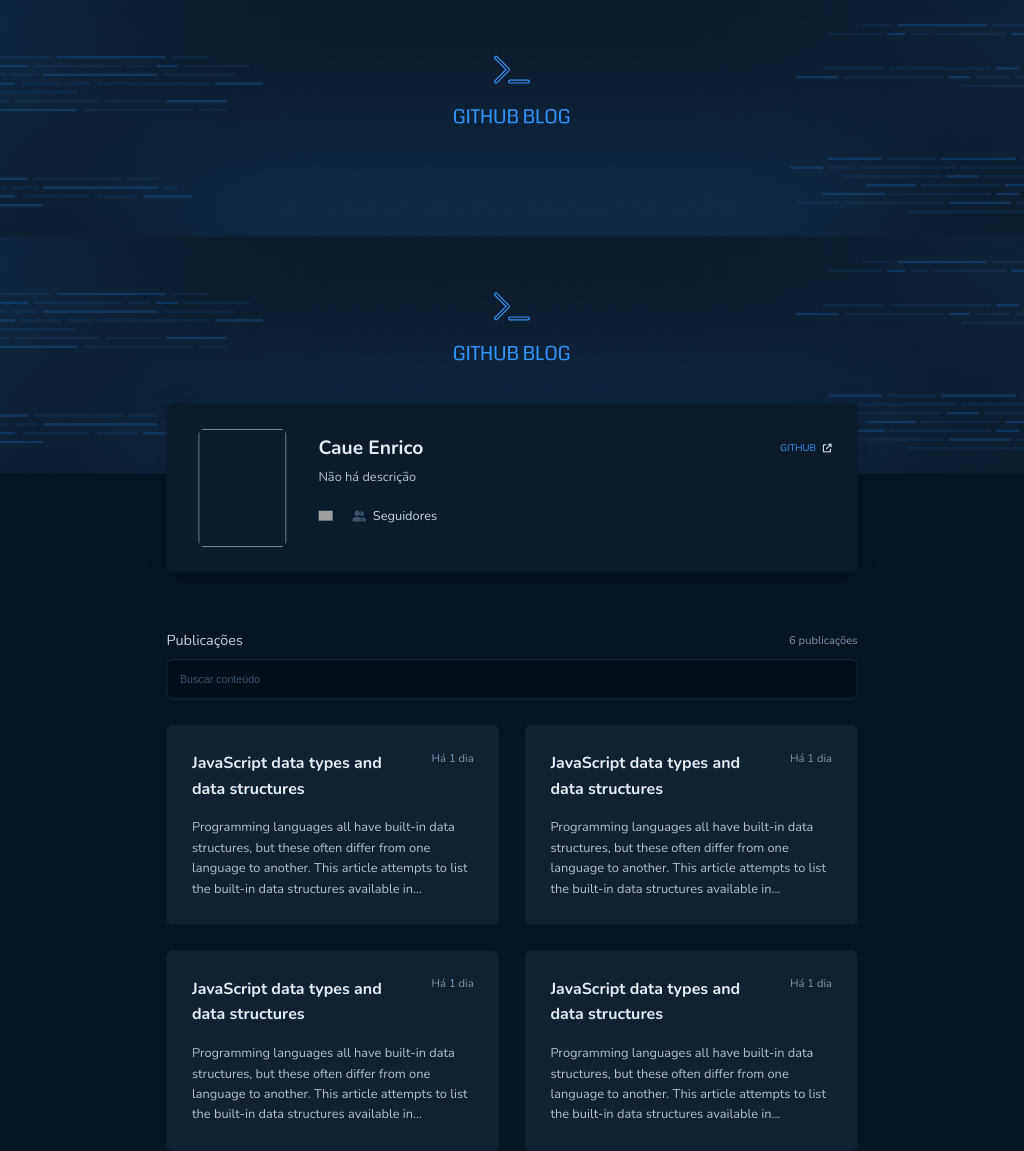
Repository: caueenrico/GitBlog
Page: /
An editor plug-in stored every save of this project. The page is shown before and after the next save, followed by the edit.
The browser window is 1280 px wide. The pictures show the whole page, at 80% of full size.
Pictures or frames that could not be fetched are drawn as grey boxes. The page's requests for data from a server got no answer. The project was rebuilt for these pictures with package versions that can differ from the ones it lists, and the page was loaded fresh each time. No one was signed in, and anything a server would have sent is missing. Also part of the build but not shown: vite.config.ts.

Above is the page before, as saved 2022-10-26 10:15:33.

### index.html
<!DOCTYPE html>
<html lang="en">
  <head>
    <link rel="preconnect" href="https://fonts.googleapis.com">
    <link rel="preconnect" href="https://fonts.gstatic.com" crossorigin>

    <link href="https://fonts.googleapis.com/css2?family=Nunito:wght@400;700&display=swap" rel="stylesheet">
    <meta charset="UTF-8" />
    <link rel="icon" type="image/svg+xml" href="/src/pages/assets/logo.svg" />
    <meta name="viewport" content="width=device-width, initial-scale=1.0" />

    <title>GitBlog Cauê</title>
  </head>
  <body>
    <div id="root"></div>
    <script type="module" src="/src/main.tsx"></script>
  </body>
</html>

### src/main.tsx
import React from 'react'
import ReactDOM from 'react-dom/client'
import { App } from './App'



ReactDOM.createRoot(document.getElementById('root') as HTMLElement).render(
  <React.StrictMode>
    <App />
  </React.StrictMode>
)

### src/App.tsx
import { ThemeProvider } from "styled-components"
import { Home } from "./pages/Home"
import { GlobalStyles } from "./styles/global"
import { defaultTheme } from "./styles/themes/default"

import { BrowserRouter } from "react-router-dom";
import { Router } from "./Router";

export function App() {
  return (
   <ThemeProvider theme={defaultTheme}>
      <BrowserRouter>
        <Router />
      </BrowserRouter>
      <GlobalStyles />
    </ThemeProvider>
  )
}

### src/styles/global.ts
import {createGlobalStyle} from 'styled-components';


export const GlobalStyles = createGlobalStyle`
  *{
    margin: 0;
    padding: 0;
    box-sizing: border-box;


  }

  body{
    background: ${props => props.theme['background']};
    font-family: 'Nunito', sans-serif;
  }


`

### src/styles/themes/default.ts
export const defaultTheme = {
  'blue':'#3294F8',
  'title':'#E7EDF4',
  'subtitle':'#C4D4E3',
  'text':'#AFC2D4',
  'span':'#7B96B2',
  'label':'#3A536B',
  'border':'#1C2F41',
  'post':'#112131',
  'profile':'#0B1B2B',
  'background':'#071422',
  'input':'#040F1A',
} as const

### src/Router.tsx
import { Routes, Route } from 'react-router-dom'
import { DefaultLayout } from './layouts/DefaultLayout'
import { Home } from './pages/Home'

export function Router() {
  return (
    <Routes>
      <Route path="/" element={<DefaultLayout />}>
        <Route path="/" element={<Home />} />

      </Route>
    </Routes>
  )
}

### src/layouts/DefaultLayout/index.tsx
import { Header} from "../../pages/Home/styles";
import logo from '../../pages/assets/logo.svg';
import { Outlet } from "react-router-dom";

export function DefaultLayout(){
  return (
    <>
      <Header>
        <img src={logo} />
      </Header>
      <Outlet/>
    </>
  )
}

### src/pages/Home/index.tsx
import { Header, HomeContainer, InformationProfile, LinkGit, PostsHomeContainer, ProfileContainer } from "./styles";
import logo from '../../pages/assets/logo.svg';
import link from '../../pages/assets/link.svg';
import github from '../../pages/assets/github.svg';
import company from '../../pages/assets/company.svg';
import followers from '../../pages/assets/followers.svg';
import { ContentSearch } from "./components/ContentSearch";
import { PostsContainer } from "./components/Posts/styles";
import { Posts } from "./components/Posts";
import { api } from "../../lib/axios";
import { useCallback, useEffect, useState } from "react";

interface ProfileData {
  login: string;
  name: string;
  bio?: string;
  avatar_url: string;
  company?: string;
  followers: number;
}


export function Home() {
  const [profileData, setProfileData] = useState<ProfileData> ({} as ProfileData);
  const [isLoaded, setIsLoaded] = useState(true);

  const getProfileData = useCallback(async () => {
    try{
      setIsLoaded(true);
      const response = await api.get('/users/caueenrico');
      setProfileData(response.data);

    }finally{
      setIsLoaded(false);
    }
  }, [profileData]);

  useEffect(() => {
    getProfileData();
  }, []);



  return (
    <>
      <Header>
        <img src={logo} />
      </Header>

      <HomeContainer>


      <ProfileContainer>
          <img className="imageProfile" src={ profileData.avatar_url } />

          <InformationProfile>
            <header>
              <h1>Caue Enrico</h1>
              <LinkGit href="#">github <img src={link} /> </LinkGit>
            </header>

            <p>
              {profileData.bio === 'null' ? profileData.bio : 'Não há descrição'}
            </p>

            <ul>
              <li><img src={github}/>{profileData.login}</li>
              {profileData.company ==='null' ?  <li><img src={company}/>{profileData.company}</li> : ''}
              <li><img src={followers}/>{profileData.followers} Seguidores </li>
            </ul>
          </InformationProfile>
      </ProfileContainer>


      <ContentSearch/>

      <PostsHomeContainer>
      <Posts/>
      <Posts/>
      <Posts/>
      <Posts/>
      </PostsHomeContainer>

      </HomeContainer>



    </>
  );
}

### src/pages/Home/styles.ts
import styled from "styled-components";
import Backforund from "../assets/Cover.png";

export const Header = styled.header`
  width: 100%;

  height: 296px;
  background-image: url(${Backforund});
  background-size: cover;
  background-position: center;
  background-repeat: no-repeat;
  display: flex;
  align-items: center;
  justify-content: center;

  img {
    margin-top: -64px;
  }
`;

export const HomeContainer = styled.div`
  max-width: 54rem;
  margin: 0 auto;
`

export const ProfileContainer = styled.div`
  min-height: 13.25rem;

  margin-top: -88px;
  border-radius: 8px;

  background: ${(props) => props.theme["profile"]};
  display: flex;

  box-shadow: 0px 2px 28px rgba(0, 0, 0, 0.2);

  .imageProfile {
    width: 148px;
    height: 148px;
    margin: 32px 40px;
    border-radius: 8px;
  }
`;

export const LinkGit = styled.a`
  text-decoration: none;
  color: ${(props) => props.theme["blue"]};
  font-size: 12px;
  text-transform: uppercase;
  gap: 8px;
  display: flex;
  align-items: center;

  img {
    width: 12px;
    height: 12px;
  }
`;

export const InformationProfile = styled.div`
  width: 100%;
  display: flex;
  flex-direction: column;
  margin-top: 40px;
  margin-right: 32px;


  header {
    width: 100%;
    display: flex;
    align-items: center;
    justify-content: space-between;

    h1 {
      font-size: 24px;
      color: ${(props) => props.theme["title"]};
      font-family: "Nunito", sans-serif;
      font-weight: 700;
    }
  }

  p{
    font-size: 16px;
    color: ${(props) => props.theme["text"]};
    line-height: 160%;
    margin-top: 8px;
  }

  ul {
    display: flex;
    list-style: none;
    gap: 24px;
    margin-top: 24px;

    img {
      width: 18px;
    }

    li {
      display: flex;
      align-items: center;
      justify-content: center;
      gap: 8px;
      font-size: 16px;
      color: ${(props) => props.theme["subtitle"]};

    }
  }


`;

export const PostsHomeContainer = styled.div`

  margin-top: 32px;
  display: grid;
  grid-template-columns: repeat(auto-fit, minmax(26rem, 1fr));
  gap: 32px;

`

### src/pages/Home/components/ContentSearch/index.tsx
import { useState } from "react";
import { useForm } from "react-hook-form";
import { ContainerInput } from "./styles";

export function ContentSearch() {
  const [search, setSearch] = useState('')
  const {register, watch} = useForm({
    defaultValues: {
      search: ''
    }})

   console.log(watch('search'))

  return (
    <ContainerInput>

      <div>
        <p>Publicações</p>
        <span>6 publicações</span>
      </div>

      <input type="text" {...register('search') } placeholder="Buscar conteúdo"  />

    </ContainerInput>
  );
}

### src/pages/Home/components/Posts/index.tsx
import { useCallback, useState } from "react";
import { PostsContainer } from "./styles";
import { api } from "../../../../lib/axios";

// interface PostsProps {
//   title: string;
//   created_at: string;
//   resume: string;
// }



export function Posts() {

  return (
    <PostsContainer href="#">
      <header>
        <h1>
        JavaScript data types and data structures
        </h1>

        <span>
        Há 1 dia
        </span>

      </header>

      <p>
      Programming languages all have built-in data structures,
      but these often differ from one language to another.
      This article attempts to list the built-in data structures available in...
      </p>

    </PostsContainer>
  );
}

### src/lib/axios.ts
import axios from "axios";


export const api = axios.create({
  baseURL: "https://api.github.com/",
});

### src/pages/Home/components/ContentSearch/styles.ts
import styled from "styled-components";

export const ContainerInput = styled.form`
  width: 100%;
  display: flex;
  flex-direction: column;
  gap: 12px;
  margin-top: 72px;

  div{
    width: 100%;
    display: flex;
    align-items: center;
    justify-content: space-between;

    p{
      color: ${(props) => props.theme["subtitle"]};
      font-size: 18px;
    }

    span{
      color: ${(props) => props.theme["span"]};
      font-size: 14px;
    }
  }

  input{
    height: 50px;
    border: 1px solid ${(props) => props.theme["border"]};
    border-radius: 8px;
    background: ${(props) => props.theme["input"]};
    padding: 0 16px;
    color: ${(props) => props.theme["text"]};

    ::placeholder{
      color: ${(props) => props.theme["label"]};
    }
  }
`

### src/pages/Home/components/Posts/styles.ts
import styled from "styled-components";

export const PostsContainer = styled.a`
  display: flex;
  flex-direction: column;
  padding: 32px;
  background: ${props => props.theme['post']};
  cursor: pointer;
  border-radius: 8px;
  text-decoration: none;
  gap: 20px;


  header {
    width: 100%;
    display: flex;
    align-items: flex-start;
    justify-content: space-between;
    gap: 16px;

    h1 {
      color: ${(props) => props.theme["title"]};
      font-size: 20px;
      line-height: 160%;
      max-width: 283px;
      overflow: hidden;
      text-overflow: ellipsis;
      display: -webkit-box;
      -webkit-line-clamp: 2;
      -webkit-box-orient: vertical;
    }

    span{
      color: ${(props) => props.theme["span"]};
      font-size: 14px;
    }


  }

  p{
    font-size: 16px;
    line-height: 160%;
    color: ${(props) => props.theme["text"]};
    overflow: hidden;
    text-overflow: ellipsis;
    display: -webkit-box;
    -webkit-line-clamp: 4;
    -webkit-box-orient: vertical;
  }

`

After the next save:
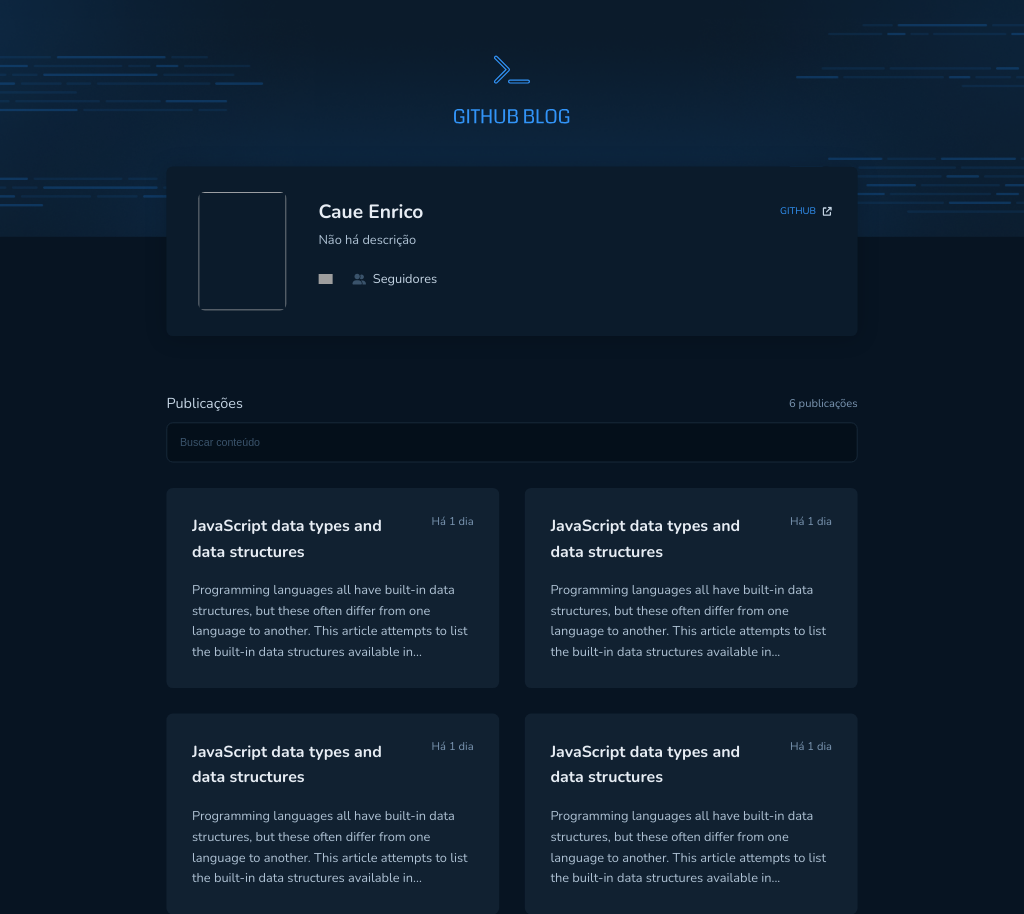
Saved 34 s later.
--- a/src/pages/Home/index.tsx
+++ b/src/pages/Home/index.tsx
@@ -43,9 +43,9 @@
 
   return (
     <>
-      <Header>
+      {/* <Header>
         <img src={logo} />
-      </Header>
+      </Header> */}
 
       <HomeContainer>
 
